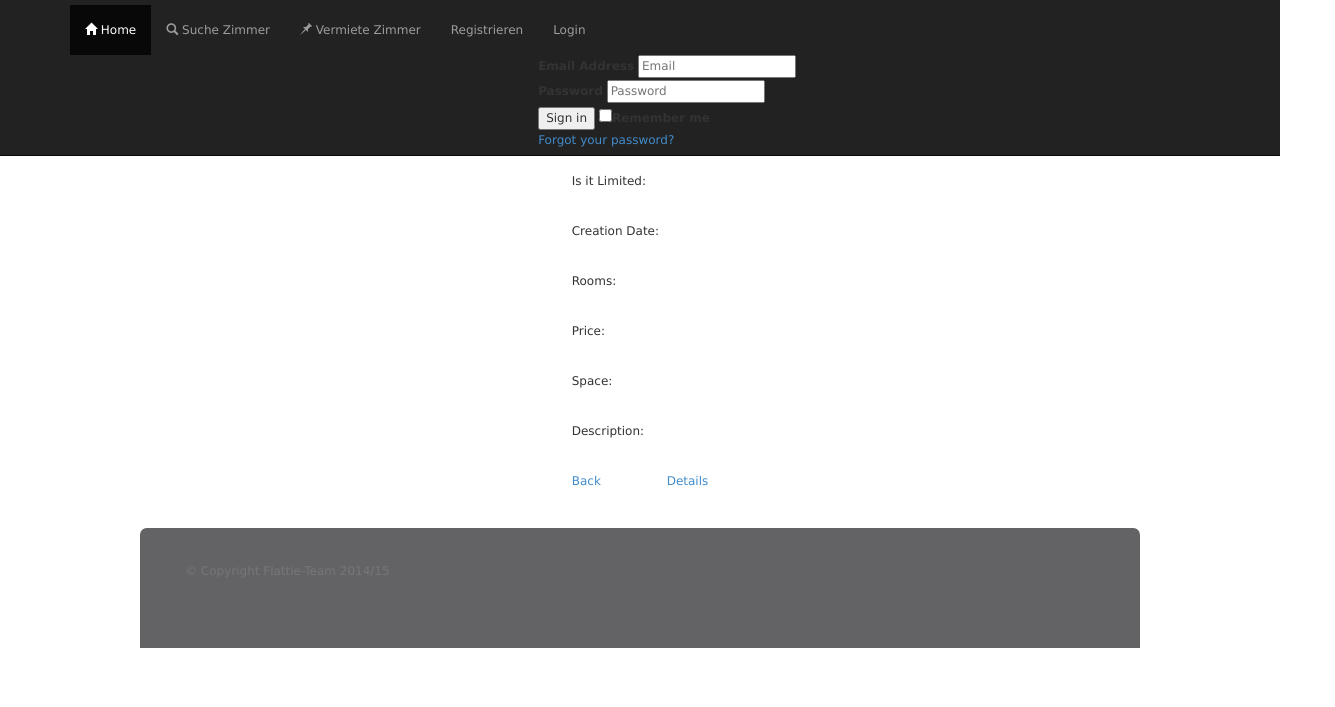
Repository: ese-unibe-ch/ese2014-team2
Page: http://localhost/Skeleton/pages/adprofile.jsp
An editor plug-in stored every save of this project. The page is shown before and after the next save, followed by the edit.
The browser window is 1280 px wide. The page is 1335 px wide, so the pictures cover 1335 px, including what lies to the right of the window. The pictures show the whole page.
Some web libraries are served in a nearby version. The page is served by Tomcat 9. Nobody is signed in. The application's start-up code is not run. Other server files are loaded and not shown. The template is opened directly, without the code that normally fills it, so the values that code supplies are empty.

Above is the page before, as saved 2014-10-16 11:29:07.

### Skeleton/src/main/webapp/pages/adprofile.jsp
<%@ page language="java" pageEncoding="UTF-8" contentType="text/html;charset=utf-8" %>
<%@ taglib prefix="c" uri="http://java.sun.com/jsp/jstl/core" %>
<%@ taglib prefix="form" uri="http://www.springframework.org/tags/form" %>
<%@ taglib prefix="spring" uri="http://www.springframework.org/tags" %>


<c:import url="template/header.jsp" />

<h1>${newAdProfile.title }'s Profile</h1>



<table class="signupform">
	<tr>
		<td>Title:&nbsp;&nbsp;
		<td>${newAdProfile.title}
	</td>
	<tr>
		<td>Creator:&nbsp;&nbsp;
		<td>${newAdProfile.creator}
	</td>
	<tr>
		<td>Is it Limited:&nbsp;&nbsp;
		<td>${newAdProfile.isLimited}
	</td>
	<tr>
		<td>Creation Date:&nbsp;&nbsp;
		<td>${newAdProfile.creationDate}
	</td>
	<tr>
		<td>Rooms:&nbsp;&nbsp;
		<td>${newAdProfile.rooms}
	</td>
	<tr>
		<td>Price:&nbsp;&nbsp;
		<td>${newAdProfile.price}
	</td>
	<tr>
		<td>Space:&nbsp;&nbsp;
		<td>${newAdProfile.space}
	</td>
	<tr>
		<td>Description:&nbsp;&nbsp;
		<td>${newAdProfile.description}
	</td>
	<tr>
		<td><a href="../">Back</a>
		<td><a href="adprofile?adId=${newAdProfile.id}">Details</a>
	</td>

</table>

	<c:if test="${page_error != null }">
        <div class="alert alert-error">
            <button type="button" class="close" data-dismiss="alert">&times;</button>
            <h4>Error!</h4>
                ${page_error}
        </div>
    </c:if>


<c:import url="template/footer.jsp" />

### Skeleton/src/main/webapp/pages/template/header.jsp
<!DOCTYPE html>
<html lang="en">
<http use-expressions="true">


    	<meta charset="utf-8">

    	<title>Flattie</title>

    	<link rel="stylesheet" type="text/css" href="css/stylesheet.css" media="all"/>
    	<link rel="stylesheet" type="text/css" href="css/bootstrap.min.css" media="screen" />
    	<link rel="shortcut icon" href="img/favicon.ico"/>
    	<script type="text/javascript" src="http://code.jquery.com/jquery-2.1.1.min.js"></script>
		<script src="http://ajax.googleapis.com/ajax/libs/jquery/1.4.2/jquery.min.js?ver=1.4.2"></script>
    	<script type="text/javascript"  src="dn.com/bootstrap/3.2.0/js/bootstrap.min.js"></script>
    	<script src="js/login.js"></script>


    	<!-- HTML5 shim, for IE6-8 support of HTML5 elements -->
    	<!--[if lt IE 9]>
    	<script src="http://html5shim.googlecode.com/svn/trunk/html5.js"></script>
    	<![endif]-->
<!--   WASTE!
    	<style>
        	body {
         	   padding-top: 60px; /* 60px to make the container go all the way to the bottom of the topbar */
        	}
    	</style>
    -->



</head>
<body>
<%@ page language="java" pageEncoding="UTF-8" contentType="text/html;charset=utf-8" %>
<%@ taglib prefix="c" uri="http://java.sun.com/jsp/jstl/core" %>
<%@ taglib prefix="form" uri="http://www.springframework.org/tags/form" %>
<%@ taglib prefix="spring" uri="http://www.springframework.org/tags" %>
<%@ taglib prefix="security" uri="http://www.springframework.org/security/tags" %>

   	  <link href="http://ajax.googleapis.com/ajax/libs/jqueryui/1.8/themes/ui-lightness/jquery-ui.css" rel="stylesheet" type="text/css"/>
      <script src="http://ajax.googleapis.com/ajax/libs/jquery/1.5/jquery.min.js"></script>
      <script src="http://ajax.googleapis.com/ajax/libs/jqueryui/1.8/jquery-ui.min.js"></script>

      <script>
      $(document).ready(function() {
        $("#datepicker").datepicker();
      });
      </script>

       <script>
      $(document).ready(function() {
        $("#datepicker2").datepicker();
      });
      </script>

<security:authorize access="isAnonymous()">
    <!-- Fixed navbar -->
    <nav class="navbar navbar-inverse navbar-fixed-top" role="navigation">
      <div class="container">
        <div class="navbar-header">
          <button type="button" class="navbar-toggle collapsed" data-toggle="collapse" data-target="#navbar" aria-expanded="false" aria-controls="navbar">
            <span class="sr-only">Toggle navigation</span>
            <span class="icon-bar"></span>
            <span class="icon-bar"></span>
            <span class="icon-bar"></span>
          </button>

        </div>
        <div id="navbar" class="navbar-collapse collapse">
          <ul class="nav navbar-nav">
            <li class="active"><a href="/Skeleton"><span class="glyphicon glyphicon-home" aria-hidden="true"></span> Home  </a></li>
            <li><a href="unfilteredAds" id="navads"><span class="glyphicon glyphicon-search" aria-hidden="true"></span><span> Suche Zimmer  </span></a>
            <li><a href="placead" id="navpads"><span class="glyphicon glyphicon-pushpin" aria-hidden="true"></span><span> Vermiete Zimmer  </span></a>
            <li><a href="register">Registrieren</a></li>
            <li><a href="#" id="loginButton"><span>Login</span><em></em></a>

                <div style="clear:both"></div>
                <div id="loginBox">
                    <form id="loginForm" name="loginForm" action="<c:url value='j_spring_security_check' />" method="POST">
                        <fieldset id="body">
                            <fieldset>
                                <label for="email">Email Address</label>
                                <input type="text" name="j_username" id="email" placeholder="Email" />
                            </fieldset>
                            <fieldset>
                                <label for="password">Password</label>
                                <input type="password" name="j_password" id="password" placeholder="Password" />
                            </fieldset>
                            <input type="submit" id="login" value="Sign in" />
                            <label for="checkbox"><input type="checkbox" id="checkbox" />Remember me</label>
                        </fieldset>
                        <span><a href="#">Forgot your password?</a></span>
                    </form>
                </div></li>
          </ul>
        </div><!--/.nav-collapse -->
      </div>
    </nav>
</security:authorize>

<security:authorize access="isAuthenticated()">
	    <!-- Fixed navbar -->
    <nav class="navbar navbar-inverse navbar-fixed-top" role="navigation">
      <div class="container">
        <div class="navbar-header">
          <button type="button" class="navbar-toggle collapsed" data-toggle="collapse" data-target="#navbar" aria-expanded="false" aria-controls="navbar">
            <span class="sr-only">Toggle navigation</span>
            <span class="icon-bar"></span>
            <span class="icon-bar"></span>
            <span class="icon-bar"></span>
          </button>
        </div>
        <div id="navbar" class="navbar-collapse collapse">
          <ul class="nav navbar-nav">
            <li class="active"><a href="/Skeleton"><span class="glyphicon glyphicon-home" aria-hidden="true"></span>  Home</a></li>
            <li><a href="unfilteredAds" id="navads"><span class="glyphicon glyphicon-search" aria-hidden="true"></span><span>  Suche Zimmer  </span><em></em></a>
            <li><a href="placead" id="navpads"><span class="glyphicon glyphicon-pushpin" aria-hidden="true"></span><span>  Vermiete Zimmer  </span> <em></em></a>
            <li><a href="myprofile">Profil</a></li>
            <c:choose>
			<c:when test="${messageNmbr > 0}">
				<li><a href="myinbox">Briefkasten <span style="background-color:#CC0000" class="badge"> +</span></a></li>
			</c:when>
			<c:otherwise>
				<li><a href="myinbox">Briefkasten </a></li>
			</c:otherwise>
		</c:choose>

            <li class="hover_drop_down">
          		<a href="#" class="dropdown-toggle" data-toggle="dropdown" role="button" aria-expanded="false">Inserate <span class="caret"></span></a>
          			<ul class="dropdown-menu" role="menu">
            			<li><a href="myads">Inserate</a></li>
            			<li class="divider"></li>
            			<li><a href="appointments?showTab=1">Besichtigungen</a></li>
            			<li class="divider"></li>
            			<li><a href="bookmarks"><span class="glyphicon glyphicon-star" aria-hidden="true"></span>   Favoriten</a></li>
            			<li class="divider"></li>
            			<li><a href="showInteressentsOverview">Interessenten</a></li>
          			</ul>
        	</li>



            <li><a href="logout"><span class="glyphicon glyphicon-log-out" aria-hidden="true"></span>   Logout  </a></li>
          </ul>
        </div><!--/.nav-collapse -->
      </div>
    </nav>
</security:authorize>

<div id="push_header"></div>


<c:if test="${isIndexPage eq true}">
<div id="header">

    <!-- Carousel
    ================================================== -->
    <div id="myCarousel" class="carousel slide">
      <div class="carousel-inner">
        <div class="item active">
          <!--<img src="img/slider/Fotolia_30977559_XS.jpg" alt="slide 1">-->
          <img src="img/slider_orange.gif" alt="Slide1">
          <div class="container">
            <div class="carousel-caption">
            	<h1><font color="#D5DED9">Flattie</font></h1>
            	<p><font color="black" size="4">Ein WG Zimmer vermieten war noch nie so einfach!</font></p>
            	<p><font color="black" size="4">Probiere es jetzt aus und melde dich <a href="register"><b>HIER</b></a> an!</font></p>
            </div>
          </div>
        </div>
        <div class="item">
          <img src="img/slider_fancyblue.gif" alt="Slide2">
          <div class="container">
            <div class="carousel-caption">
            	<h1><font color="#948C75">Flattie </font></h1>
            	<p><font color="black" size="4"> Finde dein Traumzimmer mit wenigen Klicks!</font><p>
            </div>
          </div>
        </div>
       <!--   <div class="item">
          <img src="img/slider_lightmarine.gif" alt="Slide3">
          <div class="container">
            <div class="carousel-caption">
            	<h1><font color="#D9CEB2">"Öppis sinnvolles!" - Mathias Fuchs 26.11.14 11:50</font></h1>
            	<p><font color="black">HAIL TO THE KING!</font></p>
            </div>
          </div>
        </div>-->
      </div>
      <!-- Controls -->
      <a class="left carousel-control" href="#myCarousel" data-slide="prev"><span class="fa fa-chevron-left fa-2x"></span></a>
      <a class="right carousel-control" href="#myCarousel" data-slide="next"><span class="fa fa-chevron-right fa-2x"></span></a>
    </div>
    <!-- /.carousel -->

<script src="http://codeorigin.jquery.com/jquery-1.10.2.min.js"></script>
<script src="//netdna.bootstrapcdn.com/bootstrap/3.0.3/js/bootstrap.min.js"></script>
<script>
	$('#myCarousel').carousel({
		interval:   6000
	});
</script>

</div>	<!--  END OF #header -->
</c:if>


<div id="container_background">
	<div class="container">

### Skeleton/src/main/webapp/css/stylesheet.css
/*

	OWN STYLESHEET OF DOOM

*/
/*
	better reset first
*/

html, body, div, span, applet, object, iframe,
h1, h2, h3, h4, h5, h6, p, blockquote, pre,
a, abbr, acronym, address, big, cite, code,
del, dfn, em, img, ins, kbd, q, s, samp,
small, strike, strong, sub, sup, tt, var,
b, u, i, center,
dl, dt, dd, ol, ul, li,
fieldset, form, label, legend,
table, caption, tbody, tfoot, thead, tr, th, td,
article, aside, canvas, details, embed,
figure, figcaption, footer, header, hgroup,
menu, nav, output, ruby, section, summary,
time, mark, audio, video {
	margin: 0;
	padding: 0;
	border: 0;
	font-size: 100%;
	font: inherit;
	vertical-align: baseline;
}
/* HTML5 display-role reset for older browsers */
article, aside, details, figcaption, figure,
footer, header, hgroup, menu, nav, section {
	display: block;
}
body {
	line-height: 1;
}
ol, ul {
	list-style: none;
}
blockquote, q {
	quotes: none;
}
blockquote:before, blockquote:after,
q:before, q:after {
	content: '';
	content: none;
}
table {
	border-collapse: collapse;
	border-spacing: 0;
}

/*

	New Content after reset starts here!

	Quicklist:
		- Lightblue colorset: 	#3fa9f5
		- Headerwhite: 			#f9f9f9
		- Container grey:		#e0e0e0
		- Footer black: 		#636265
*/



body {
	padding:0;
	margin:0;
	background-color:#3fa9f5;
}

.main {
	margin:10px;
	line-height:15px;
	padding-bottom:2px;
	text-transform:none;
	font-family:Verdana, Arial, Helvetica, sans-serif;
	font-size:12px;
	font-weight:none;
	padding-bottom:5px;
	padding:5px;
	width:900px;
	margin-left:auto;
	margin-right:auto;
	margin-top: 5px;
	margin-bottom: 5px;
	background-color:white;
	border-top-left-radius: 5pt 5pt;
 	border-top-right-radius: 5pt 5pt;
  	border-bottom-right-radius: 5pt 5pt;
  	border-bottom-left-radius: 5pt 5pt;
}


#loginbar {
	height:35px;
	background-color:black;
	widht:100%;
}

#header {
	background-color:#f9f9f9;
	height:200px;
	width:100%;
	border-bottom-right-radius: 5pt 5pt;
  	border-bottom-left-radius: 5pt 5pt;
}

#header_wrapper {
	padding-top:3%;
	width:900px;
	margin-left:auto;
	margin-right:auto;
}

#header h1 {
	text-transform:uppercase;
	text-decoration:none;
	font-family:Verdana, Arial, Helvetica, sans-serif;
	font-size:25px;
	font-weight:bold;
}

#header p {
	text-transform:uppercase;
	text-decoration:none;
	font-family:Verdana, Arial, Helvetica, sans-serif;
	font-size:14px;
	font-weight:none;
}

.container {
	margin-left:auto;
	margin-right:auto;
	width:900px;
	height:100%;
	text-transform:none;
	text-decoration:none;
	font-family:Verdana, Arial, Helvetica, sans-serif;
	font-size:12px;
	font-weight:none;
	padding:5px;
}

.container h1 {
	text-transform:uppercase;
	text-decoration:none;
	font-family:Verdana, Arial, Helvetica, sans-serif;
	font-size:16px;
	font-weight:bold;
	padding:10px;
}

.container p {
	text-transform:none;
	text-decoration:none;
	font-family:Verdana, Arial, Helvetica, sans-serif;
	font-size:12px;
	font-weight:none;
	padding:5px;
}

/*
#container_background {

	margin-left:auto;
	margin-right:auto;
	width:1000px;
	height:100%;
	background-color:#e0e0e0;
	border-top-left-radius: 5pt 5pt;
 	border-top-right-radius: 5pt 5pt;
  	border-bottom-right-radius: 5pt 5pt;
  	border-bottom-left-radius: 5pt 5pt;
  	padding-bottom:120px;
}
*/
#push {
	height:120px;
}

#footer {
	padding:25px;
	margin-left:auto;
	margin-right:auto;
	width:1000px;
	height:120px;
	background-color:#636265;
	border-top-left-radius: 5pt 5pt;
 	border-top-right-radius: 5pt 5pt;
}

#footer_wrapper {
	margin-top:-120px;
	width:100%;
	position:relative;
	bottom:0;
	left:0;
	clear:both;

}

.main_button_left_big {
	height:300px;
	width:440px;
	float:left;
/*	background-color:#f9f9f9; */
	background-color:white;
	margin:5px;
	border-top-left-radius: 5pt 5pt;
 	border-top-right-radius: 5pt 5pt;
  	border-bottom-right-radius: 5pt 5pt;
  	border-bottom-left-radius: 5pt 5pt;
}

.main_button_right_big {
	height:300px;
	width:440px;
	float:right;
/*	background-color:#f9f9f9;*/
 	background-color:white;
	margin:5px;
	border-top-left-radius: 5pt 5pt;
 	border-top-right-radius: 5pt 5pt;
  	border-bottom-right-radius: 5pt 5pt;
  	border-bottom-left-radius: 5pt 5pt;
}

.main_button_left_small {
	height:150px;
	width:440px;
	float:left;
/*	background-color:#f9f9f9; */
	background-color:white;
	margin:5px;
	border-top-left-radius: 5pt 5pt;
 	border-top-right-radius: 5pt 5pt;
  	border-bottom-right-radius: 5pt 5pt;
  	border-bottom-left-radius: 5pt 5pt;
}

.main_button_right_small {
	height:150px;
	width:440px;
	float:right;
/*	background-color:#f9f9f9;*/
 	background-color:white;
	margin:5px;
	border-top-left-radius: 5pt 5pt;
 	border-top-right-radius: 5pt 5pt;
  	border-bottom-right-radius: 5pt 5pt;
  	border-bottom-left-radius: 5pt 5pt;
}

#mbr1 {
	height:150px;
	width:150px;
	margin:auto;
	background-image:url('../img/house_add.jpg');
}

#mbl1 {
	height:150px;
	width:150px;
	margin:auto;
	background-image:url('../img/house_qm.jpg');
}

#mbr2 {
	height:150px;
	width:150px;
	margin:auto;
	background-image:url('../img/ppl_add.jpg');
}

#mbl2 {
	height:150px;
	width:150px;
	margin:auto;
	background-image:url('../img/pplqm.jpg');
}


/*
	SOCIAL MEDIA IN FOOTER

*/

#socialmedia {
	float:right;
	display:inline;
	margin-top:25px;
	margin-left:auto;
	margin-right:auto;
}

#facebook {
	background-image:url("../img/facebook.jpg");
	width:66px;
	height:66px;
}

#twitter {
	background-image:url("../img/twitter.jpg");
	width:66px;
	height:66px;
}

#gplus {
	background-image:url("../img/gplus.jpg");
	width:66px;
	height:66px;
}

#rss {
	background-image:url("../img/rss.jpg");
	width:66px;
	height:66px;
}

/*
	TABLES

*/
.signupform {
	margin-left:auto;
	margin-right:auto;
}

.signupform tr{
	height:50px;
}

/*
	BUTTONS

*/

.btnblue {
	margin:10px;
	border:none;
	height:50px;
	width:100px;
	text-transform:uppercase;
	text-decoration:none;
	font-family:Verdana, Arial, Helvetica, sans-serif;
	font-size:14px;
	font-weight:bold;
	background-color:#3fa9f5;
	border-top-left-radius: 5pt 5pt;
 	border-top-right-radius: 5pt 5pt;
  	border-bottom-right-radius: 5pt 5pt;
  	border-bottom-left-radius: 5pt 5pt;
}

.btnred {
	margin:10px;
	border:none;
	height:50px;
	width:100px;
	text-transform:uppercase;
	text-decoration:none;
	font-family:Verdana, Arial, Helvetica, sans-serif;
	font-size:14px;
	font-weight:bold;
	background-color:#f53f3f;
	border-top-left-radius: 5pt 5pt;
 	border-top-right-radius: 5pt 5pt;
  	border-bottom-right-radius: 5pt 5pt;
  	border-bottom-left-radius: 5pt 5pt;
}

/*

	CONTROL CLASSES COPIED FROM main.css
*/
.controls input {
	padding: 10px;
  border: solid 1px #fff;
  box-shadow: inset 1px 1px 2px 0 #707070;
  transition: box-shadow 0.3s;
  border-top-left-radius: 5pt 5pt;
 	border-top-right-radius: 5pt 5pt;
  	border-bottom-right-radius: 5pt 5pt;
  	border-bottom-left-radius: 5pt 5pt;
}

.controls input:focus,
.controls input.focus {
	box-shadow: inset 1px 1px 2px 0 #c9c9c9;
  border-top-left-radius: 5pt 5pt;
 	border-top-right-radius: 5pt 5pt;
  	border-bottom-right-radius: 5pt 5pt;
  	border-bottom-left-radius: 5pt 5pt;
}

/*
.controls input[type="text"] {
  padding: 10px;
  border: solid 1px #fff;
  box-shadow: inset 1px 1px 2px 0 #707070;
  transition: box-shadow 0.3s;
  border-top-left-radius: 5pt 5pt;
 	border-top-right-radius: 5pt 5pt;
  	border-bottom-right-radius: 5pt 5pt;
  	border-bottom-left-radius: 5pt 5pt;
}
.controls input[type="text"]:focus,
.controls input[type="text"].focus {
  box-shadow: inset 1px 1px 2px 0 #c9c9c9;
  border-top-left-radius: 5pt 5pt;
 	border-top-right-radius: 5pt 5pt;
  	border-bottom-right-radius: 5pt 5pt;
  	border-bottom-left-radius: 5pt 5pt;
}
*/

Loaded but not shown: Skeleton/src/main/webapp/pages/template/footer.jsp (common file); Skeleton/src/main/webapp/css/bootstrap.min.css (library); Skeleton/src/main/webapp/js/bootstrap.min.js (library); Skeleton/src/main/webapp/js/login.js (no copy from this time; the picture is the same without it)

After the next save:
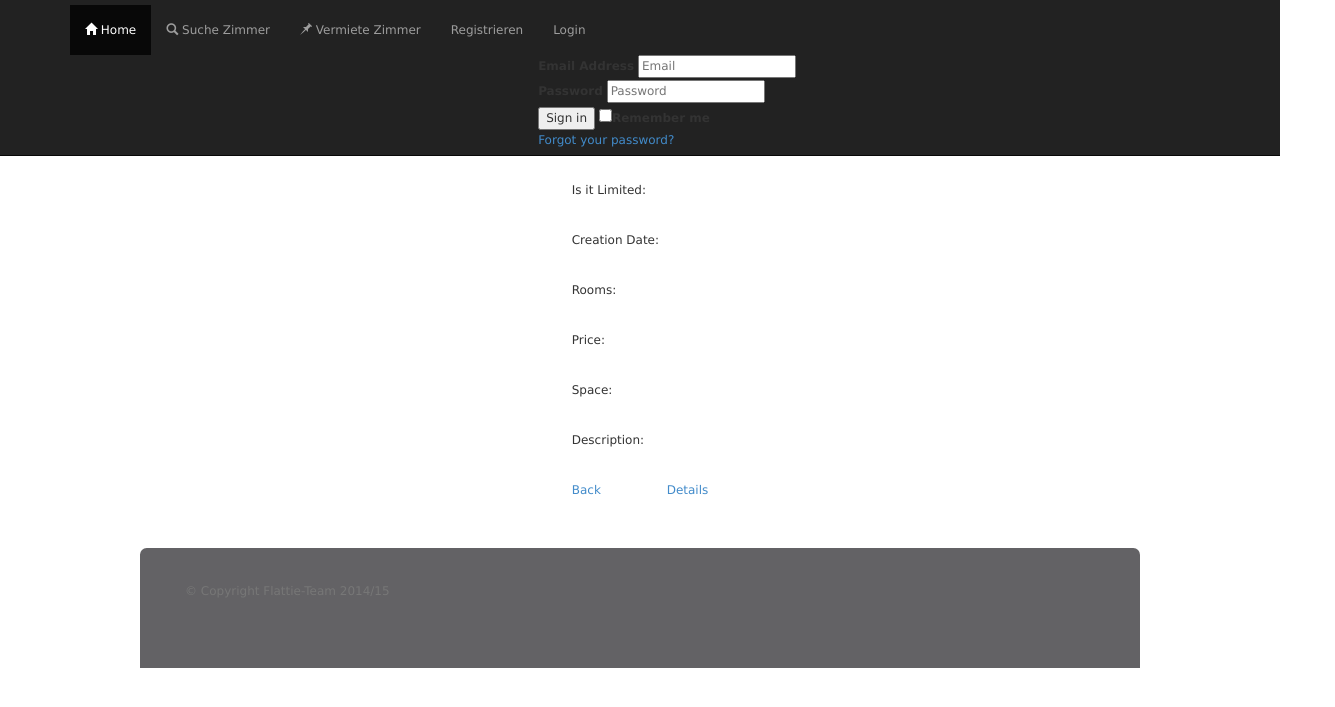
Saved 79 s later.
--- a/Skeleton/src/main/webapp/pages/adprofile.jsp
+++ b/Skeleton/src/main/webapp/pages/adprofile.jsp
@@ -6,6 +6,8 @@
 
 <c:import url="template/header.jsp" />
 
+
+<div class="main">
 <h1>${newAdProfile.title }'s Profile</h1>
 
 
